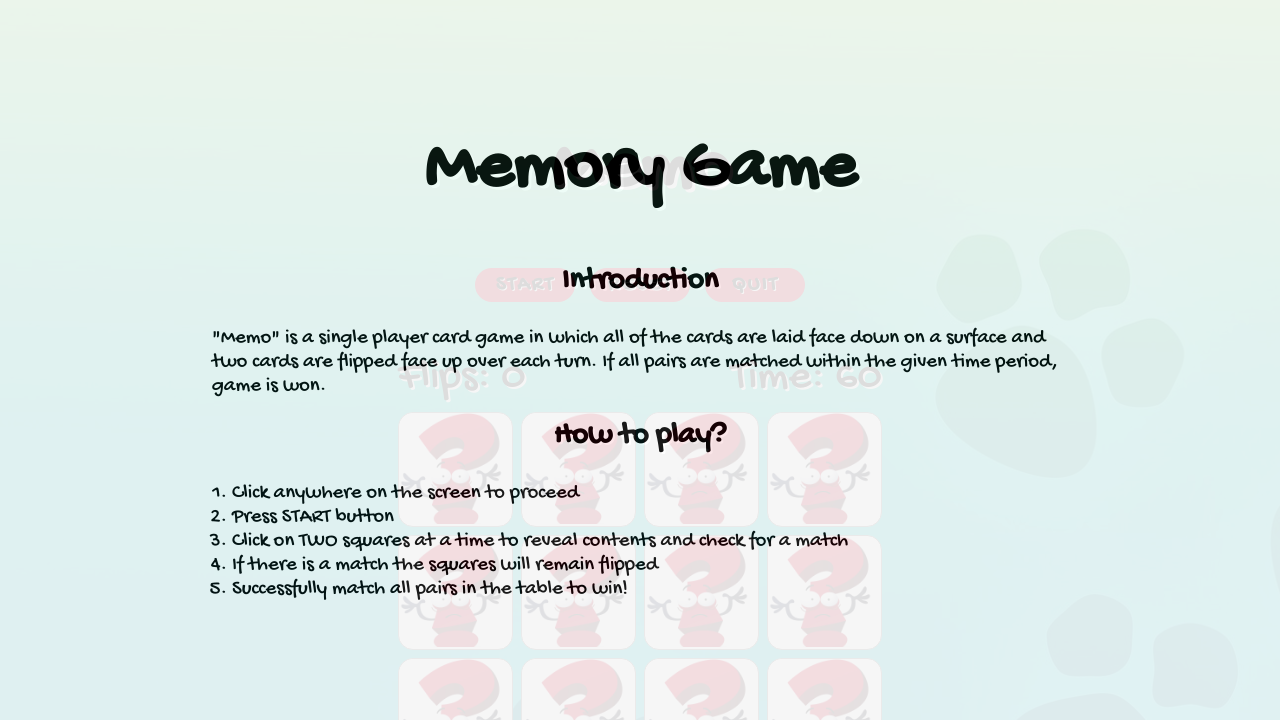
Repository: lauramika/Memory-Game
Page: index.html
The author's editor kept a record of every edit. The page is drawn from the files as they stood at one moment, then again after the next edit.
The browser window is 1280 px wide. The pictures show the window.
A layer covers the whole window, so only the first screen is drawn.

Above is the page before.

After the next edit:
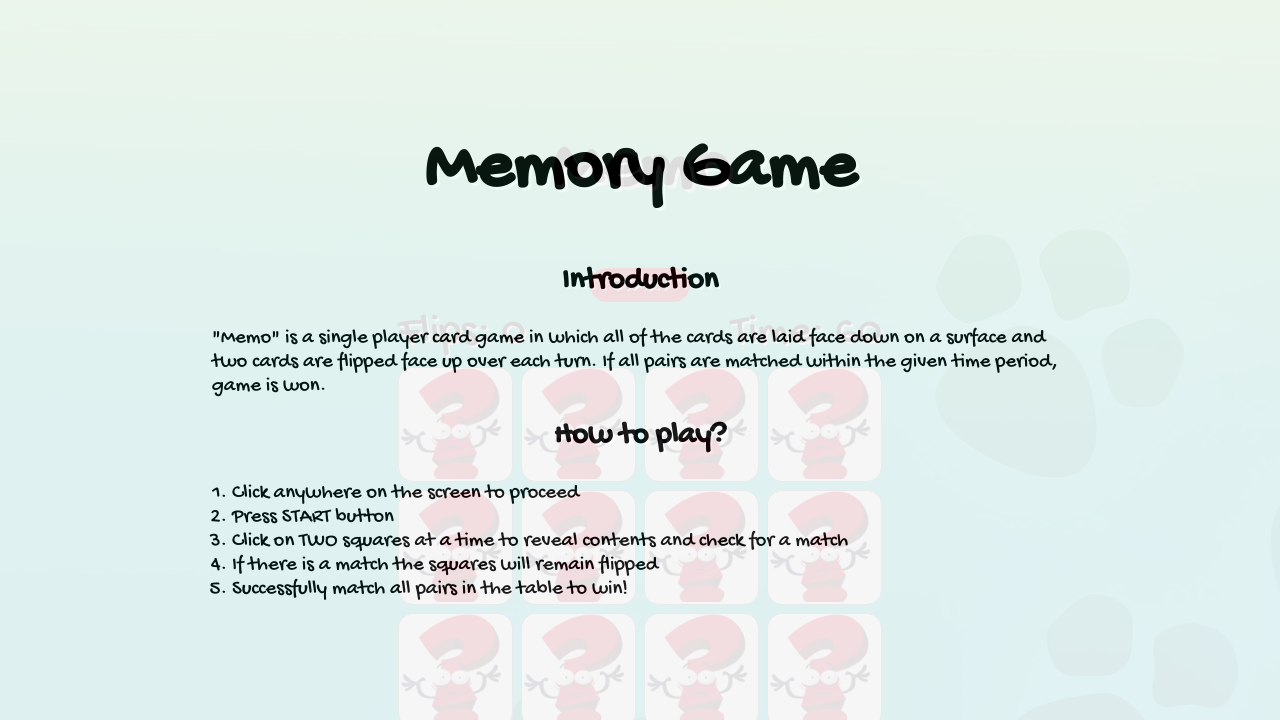
The edit:
--- a/index.html
+++ b/index.html
@@ -34,8 +34,6 @@
           <!--start, reset and quit buttons-->
         <div class="buttons">
             <button class="start" onclick="shuffle()">Start</button>
-            <button class="reset">Reset</button>
-            <button class="quit">Quit</button>
         </div>
         <!--Main container that holds all the cards-->
         <div class="main-container">
